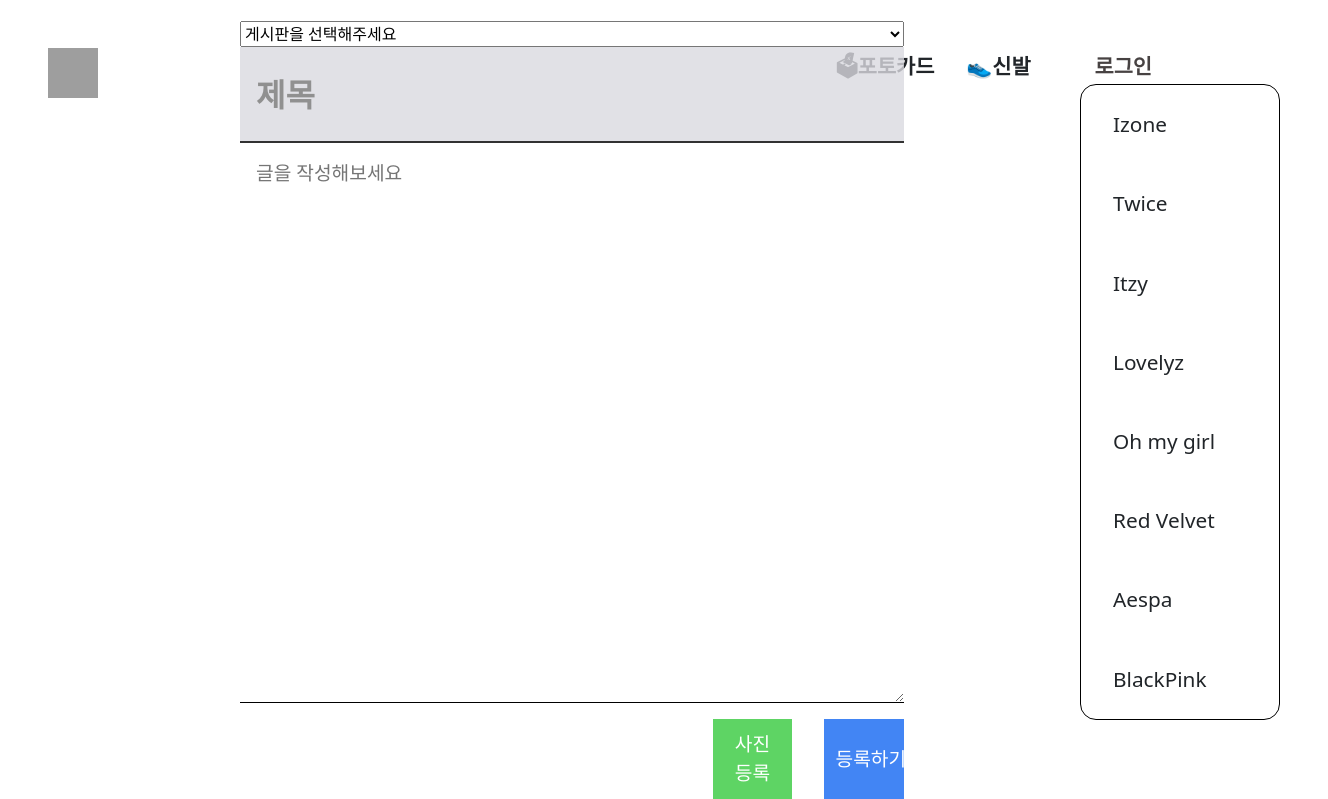
Repository: hwangstar156/goods-trader
Page: /write
The author's editor kept a copy of each file at every save. The page is drawn from the files as they stood at one save, then again after the next save.
The browser window is 1280 px wide. The page is 1328 px wide, so the pictures cover 1328 px, including what lies to the right of the window. The pictures show the whole page.
Pictures or frames that could not be fetched are drawn as grey boxes. Some web libraries are served in a nearby version. The project was rebuilt for these pictures with package versions that can differ from the ones it lists, and the page was loaded fresh each time. Also part of the build but not shown: src/App.css, src/component/sign-up/sign-up.component.jsx, src/component/sign-in/sign-in.styles.scss, src/component/sign-in/sign-in.component.jsx, src/component/with-spinner/withSpinner.styles.scss, src/component/with-spinner/withSpinner.component.jsx, src/pages/userprofile/userprofile.styles.scss, src/pages/userprofile/userprofile.utils.js and 7 more.

Above is the page before, as saved 2021-09-05 17:54:16.

After the next save:
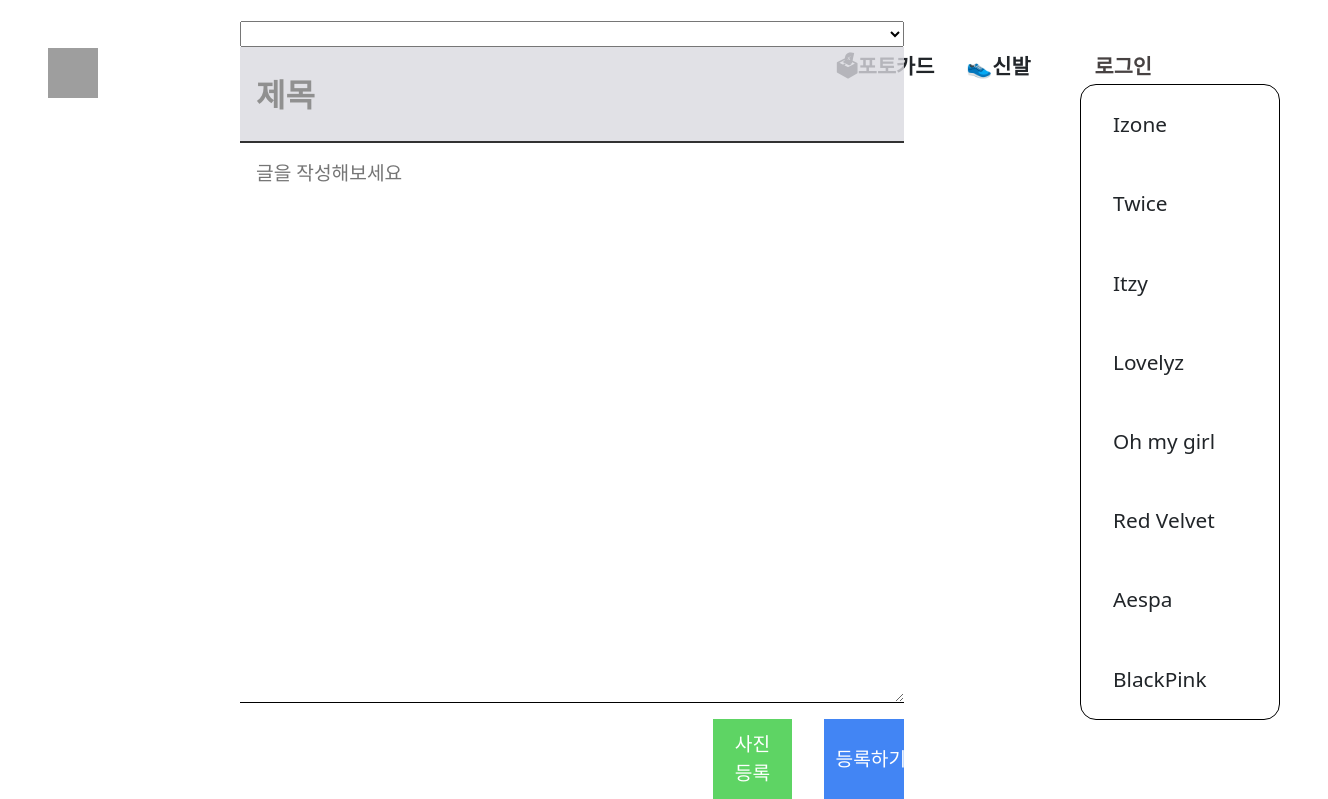
Saved 48 s later.
--- a/src/pages/write/write.pages.jsx
+++ b/src/pages/write/write.pages.jsx
@@ -76,9 +76,7 @@ const WritePage = () => {
           id="select-collection"
           onChange={onChangeSelectIdol}
         >
-          <option value="value" selected>
-            게시판을 선택해주세요
-          </option>
+          <option value="value" defaultValue="게시판을 선택해주세요"></option>
           {idolCollection.map(({ id, title }) => (
             <option key={id} value={title}>
               {title}
